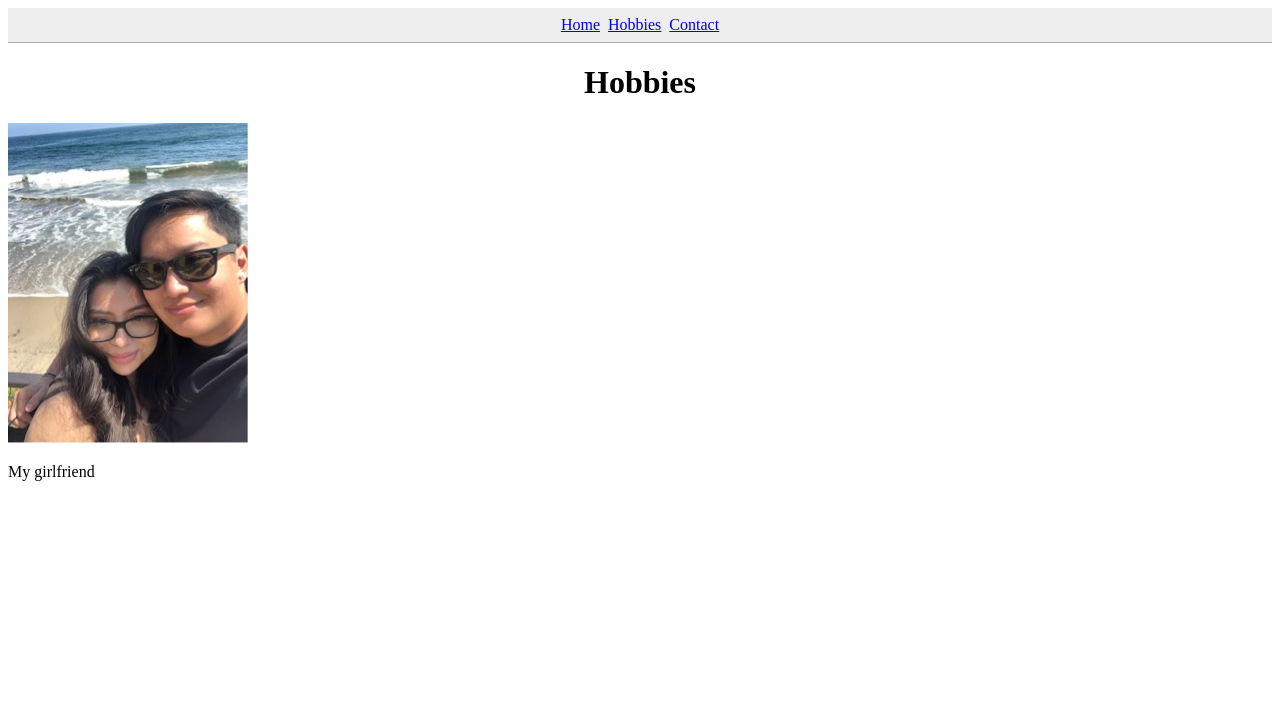
Repository: sebas6292/Jeff-Midterm
Page: hobby.html
These files come from the project's save history. The page is drawn as it stood at one moment and after the next save; the edit follows.
The browser window is 1280 px wide. The pictures show the whole page.

Above is the page before, as saved 2023-04-30 22:47:59.

### hobby.html
<!DOCTYPE html>
<html lang="en">
  <head>
    <title>Home</title>
    <meta charset="UTF-8" />
    <meta name="viewport" content="width=device-width" />
    <link rel="stylesheet" href="styles.css" />
  </head>
  <body>
    <nav>
      <a href="/home.html">Home</a>
      <a href="/hobby.html">Hobbies</a>
      <a href="/contact.html">Contact</a>
    </nav>
    <main>
      <h1 class="title">Hobbies</h1>

      <section class="container">
        <div class="box-container">
            <img src="pics/Relationship.jpeg" />
            <p>My girlfriend</p>
        </div>
      </section>

    </main>
  </body>
</html>

### styles.css

nav {
    display: flex;
  flex-wrap: wrap;
  align-items: center;
  justify-content: center;
  padding: 0.5rem;
  gap: 0.5rem;
  border-bottom: solid 1px #aaa;
  background-color: #eee;
}

.title {
  display: flex;
  justify-content: center;
}

After the next save:
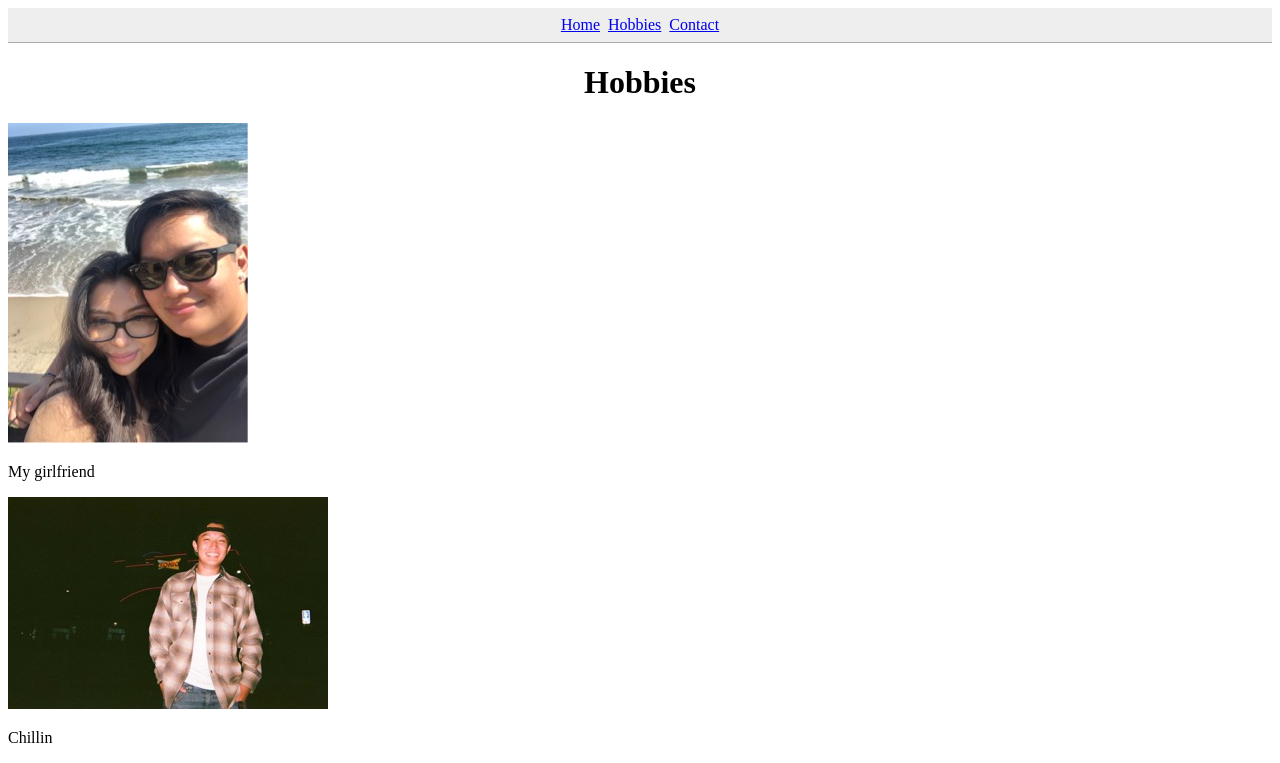
Saved 45 s later.
--- a/hobby.html
+++ b/hobby.html
@@ -20,6 +20,10 @@
             <img src="pics/Relationship.jpeg" />
             <p>My girlfriend</p>
         </div>
+        <div class="box-container">
+            <img src="pics/Swag.jpeg" />
+            <p>Chillin</p>
+        </div>
       </section>
 
     </main>
